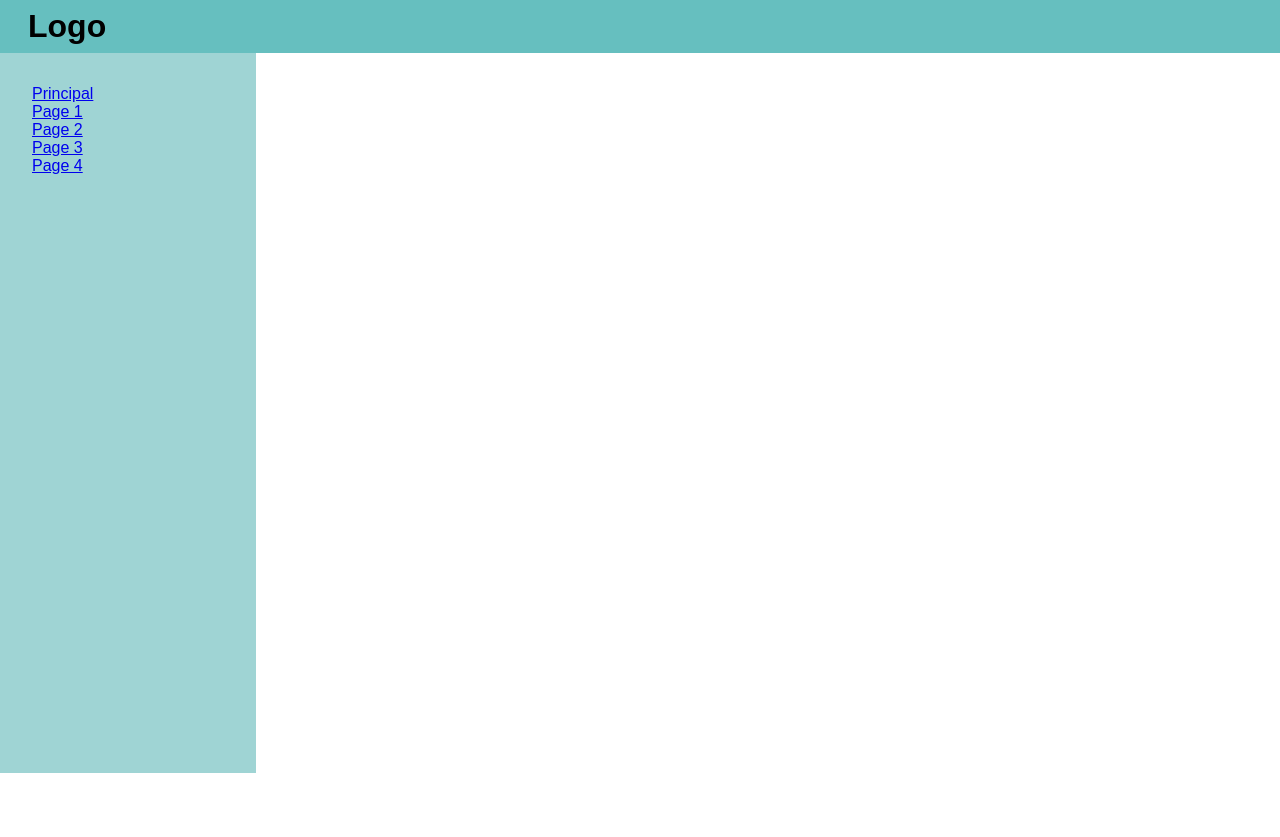
Repository: mateus-henrique-silva/Dashboard-pixel-facebook-react
Page: / (app in dashboard-pixel/)
The author's editor kept a copy of each file at every save. The page is drawn from the files as they stood at one save, then again after a run of saves.
The browser window is 1280 px wide. The pictures show the whole page.
The project was rebuilt for these pictures with package versions that can differ from the ones it lists, and the page was loaded fresh each time.

Above is the page before, as saved 2022-07-07 17:41:04.

After the next 2 saves:
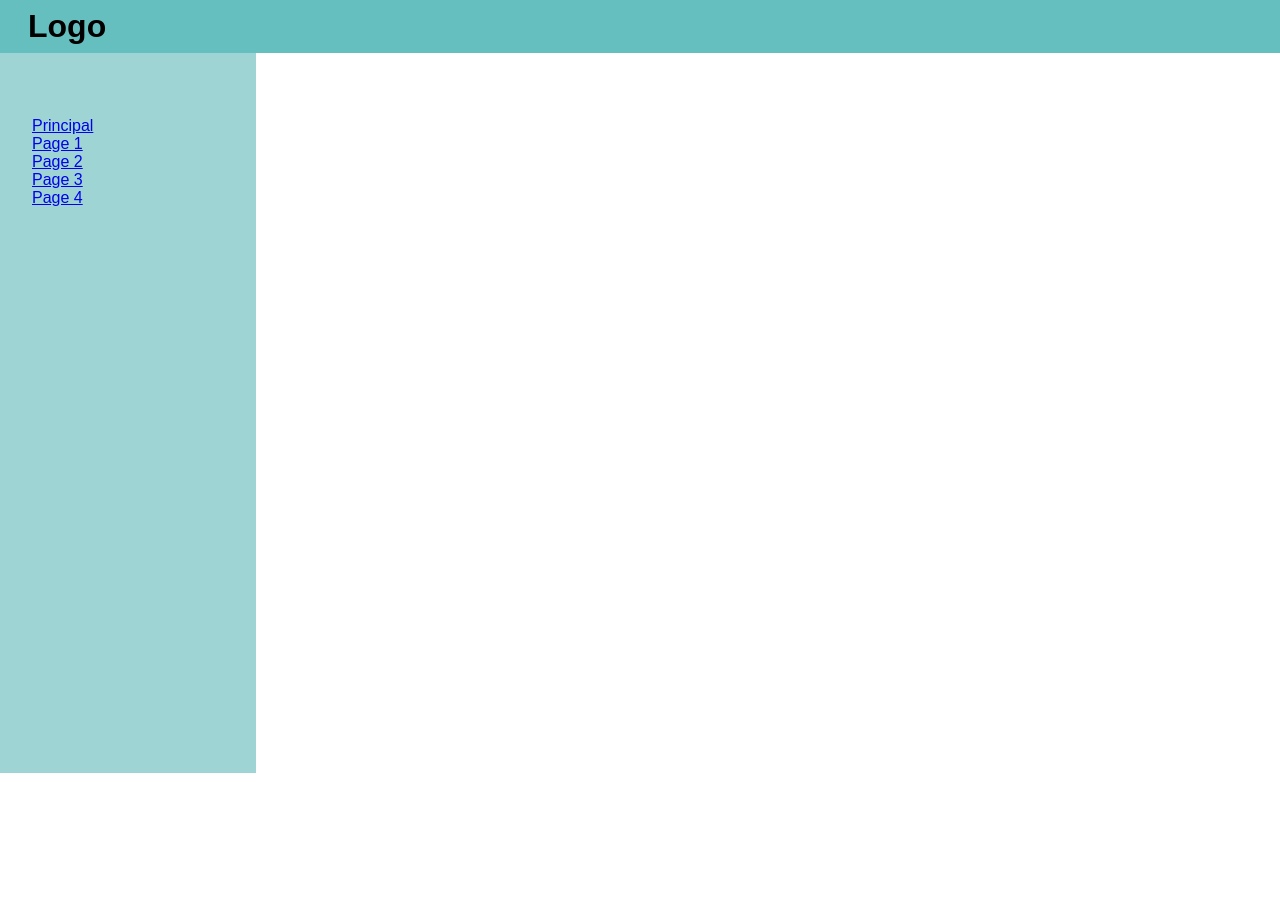
The 2 saves are shown as one change because they came seconds apart.
The last was saved 9 s later.
--- a/dashboard-pixel/src/Components/SideBar/SideBar.css
+++ b/dashboard-pixel/src/Components/SideBar/SideBar.css
@@ -7,7 +7,7 @@
 
 .Menu-tag {
   height: 100%;
-  padding: 2em 2em;
+  padding: 4em 2em;
 }
 
 .Menu-tag div {
